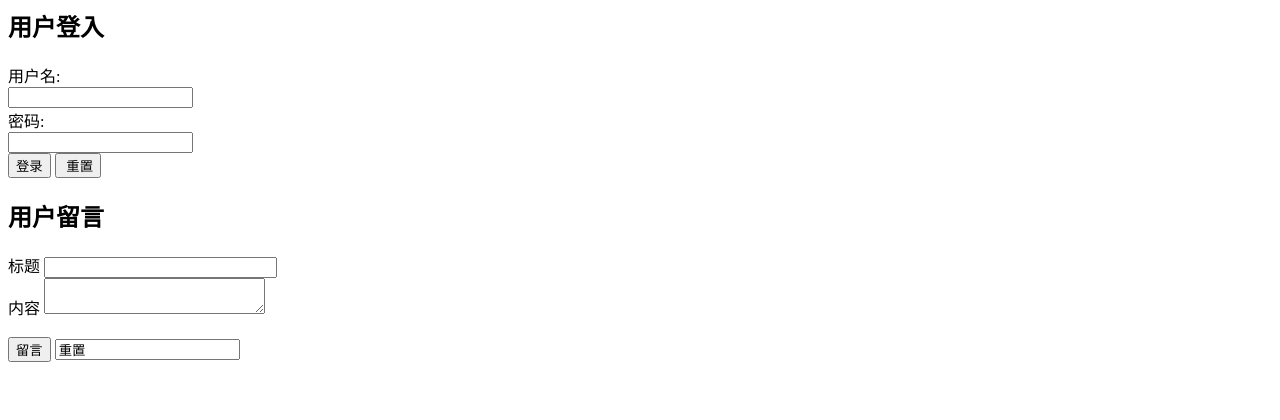
Repository: wikelgc/JSP
Page: http://localhost/chapter_four/
The author's editor kept a copy of each file at every save. The page is drawn from the files as they stood at one save, then again after the next save.
The browser window is 1280 px wide. The pictures show the whole page.
The page is served by Tomcat 9.

Above is the page before, as saved 2015-05-29 08:49:32.

After the next save:
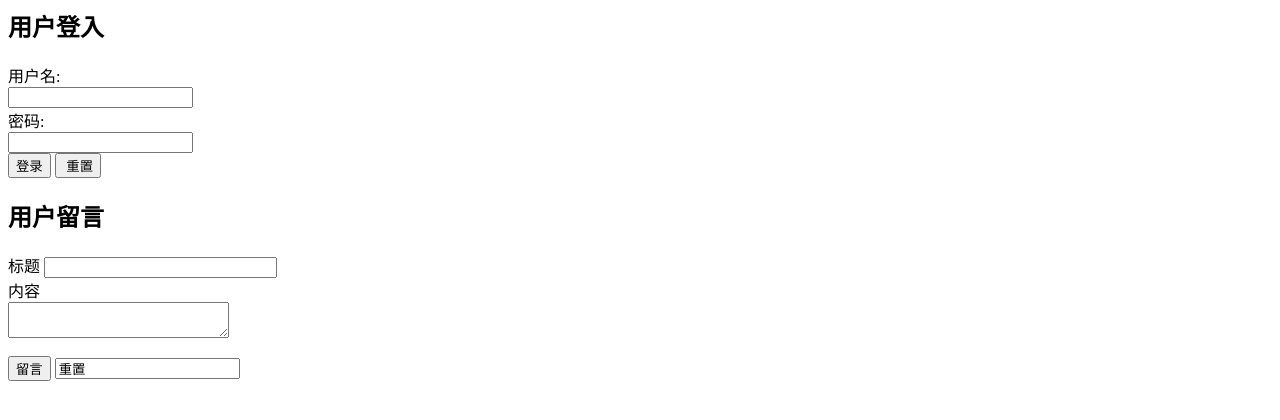
Saved 24 s later.
--- a/chapter_four/WebRoot/index.jsp
+++ b/chapter_four/WebRoot/index.jsp
@@ -21,7 +21,7 @@
 			<h2>用户留言</h2>
 			标题
 			<input type = "text" name = "title" size = "26"><br>
-			内容
+			内容<br>
 			<textarea type = "content" row = "5" cols = "25" ></textarea><br><br>
 			<input type = "submit" value = "留言">
 			<input type = "content" value = "重置">
